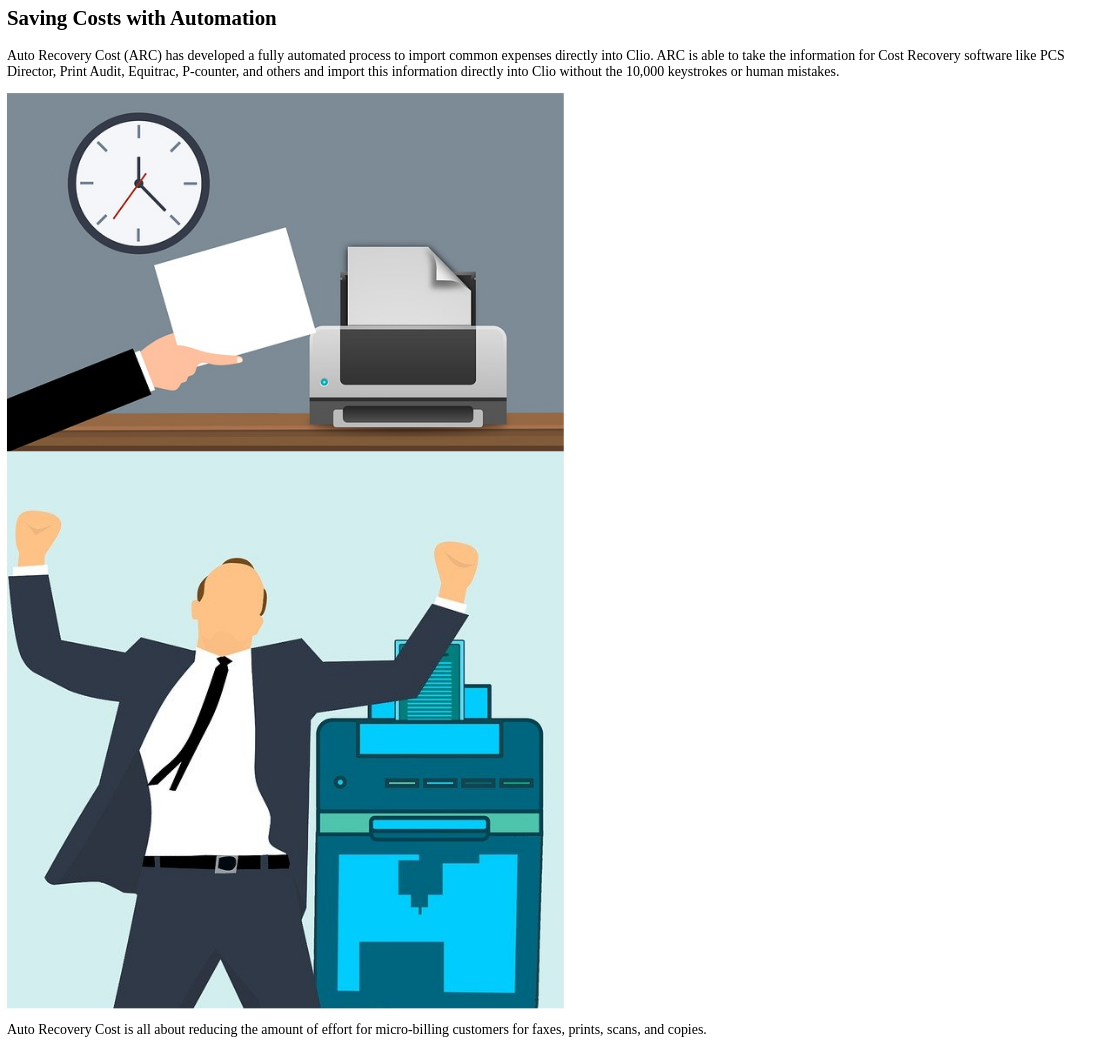
Repository: batmikun/Courses
Page: Front-End/SPA NATIVE JS/src/views/home.html
The author's editor kept a copy of each file at every save. The page is drawn from the files as they stood at one save, then again after the next save.
The browser window is 1280 px wide. The pictures show the whole page, at 87% of full size.

Above is the page before, as saved 2021-11-21 17:07:23.

### Front-End/SPA NATIVE JS/src/views/home.html
<div class="content">
    <div class="content__fc">
        <h2>Saving Costs with Automation</h2>
        <p>
            Auto Recovery Cost (ARC) has developed a fully automated process to import common expenses directly into Clio.  ARC is able to take the information for Cost Recovery software like PCS Director, Print Audit, Equitrac, P-counter, and others and import this information directly into Clio without the 10,000 keystrokes or human mistakes.
        </p>
        <img src="../images/paragraph1.jpg" alt="Printer">
    </div>
    <div class="content__fc">
        <img src="../images/paragraph2.jpg" alt="Printer">
        <p>
            Auto Recovery Cost is all about reducing the amount of effort for micro-billing customers for faxes, prints, scans, and copies.
        </p>
    </div>
</div>

After the next save:
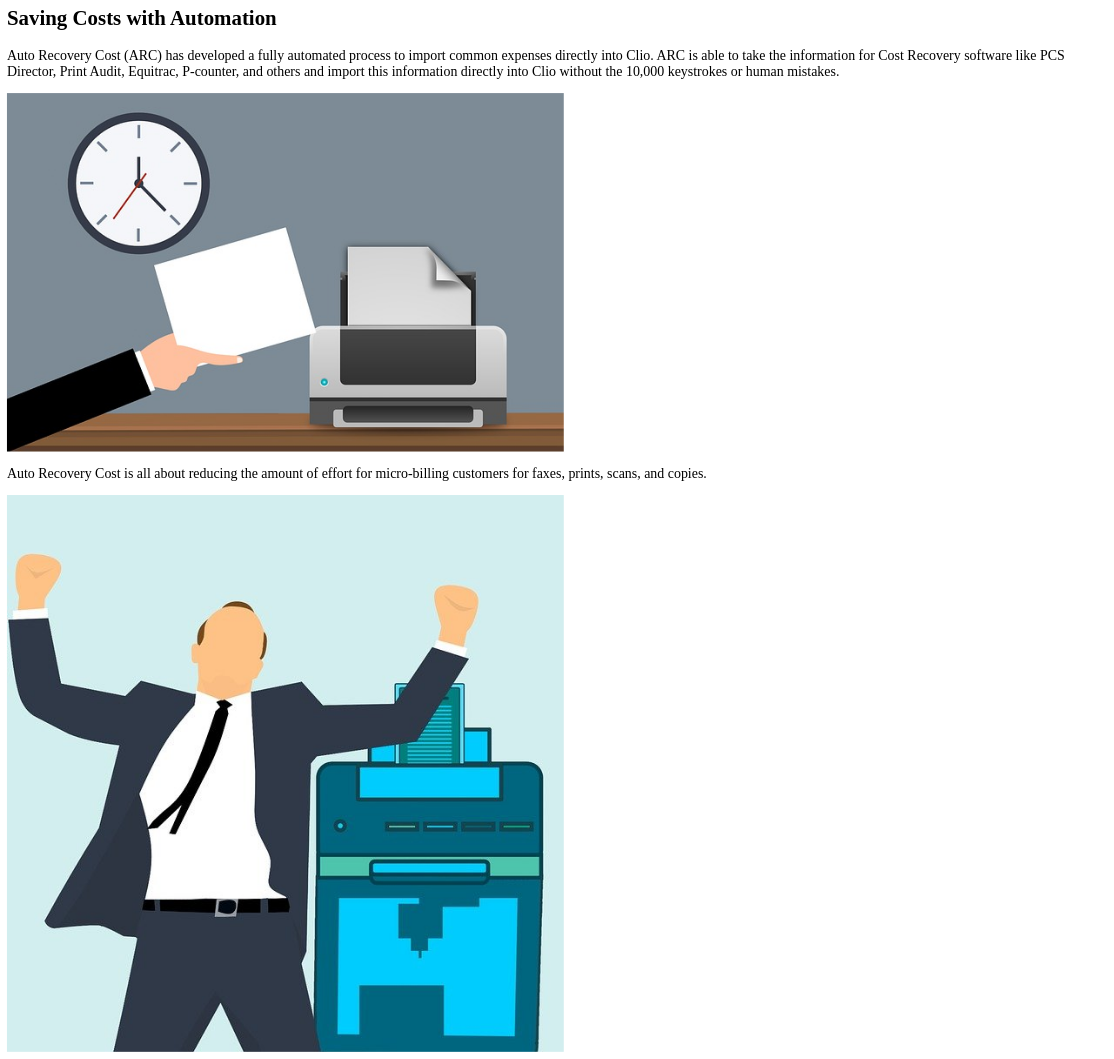
Saved 48 s later.
--- a/Front-End/SPA NATIVE JS/src/views/home.html
+++ b/Front-End/SPA NATIVE JS/src/views/home.html
@@ -7,9 +7,9 @@
         <img src="../images/paragraph1.jpg" alt="Printer">
     </div>
     <div class="content__fc">
-        <img src="../images/paragraph2.jpg" alt="Printer">
         <p>
             Auto Recovery Cost is all about reducing the amount of effort for micro-billing customers for faxes, prints, scans, and copies.
         </p>
+        <img src="../images/paragraph2.jpg" alt="Printer">
     </div>
 </div>
